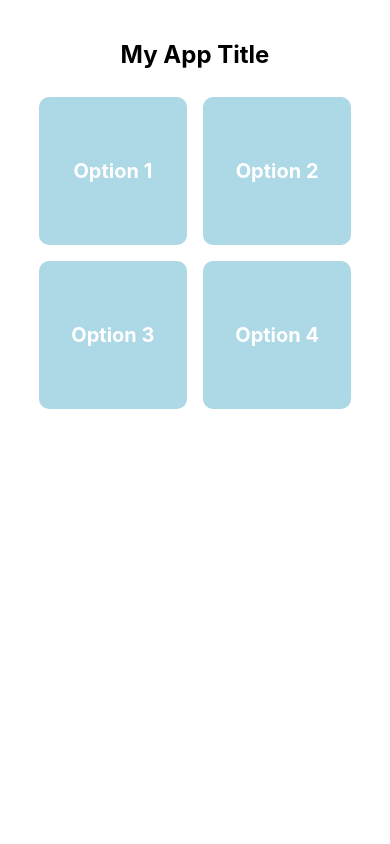
Repository: hajin-park/V-QUIP
Page: / (app in frontend/react-native-app/)
The author's editor kept a copy of each file at every save. The page is drawn from the files as they stood at one save, then again after the next save.
The browser window is 390 px wide. The pictures show the whole page.
The app was drawn by React Native's web renderer in a window 390 px wide. The project was rebuilt for these pictures with package versions that can differ from the ones it lists, and the page was loaded fresh each time.

Above is the page before, as saved 2024-03-28 20:36:38.

After the next save:
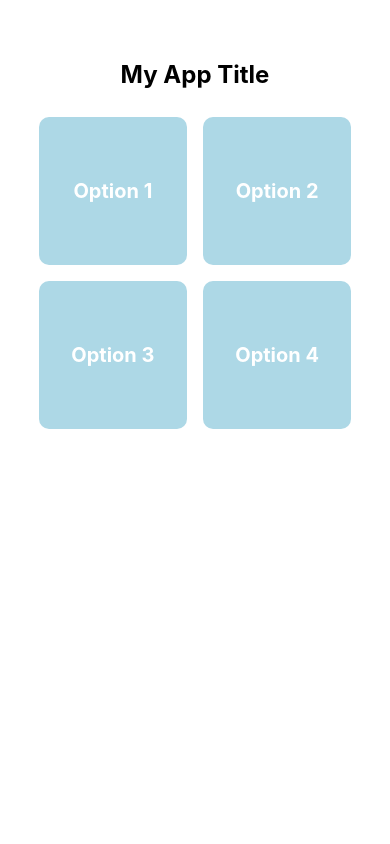
Saved 51 s later.
--- a/frontend/react-native-app/App.js
+++ b/frontend/react-native-app/App.js
@@ -34,13 +34,14 @@ const styles = StyleSheet.create({
     flex: 1,
     backgroundColor: '#fff',
     alignItems: 'center',
-    justifyContent: 'flex-start',
+    justifyContent: 'flex-start', // Align elements at the top
     paddingTop: 40, // Add padding top to push content below the status bar
   },
   title: {
     fontSize: 24,
     fontWeight: 'bold',
     marginBottom: 20,
+    marginTop: 20, // Add marginTop to move the title to the very top
   },
   content: {
     flexDirection: 'row',
